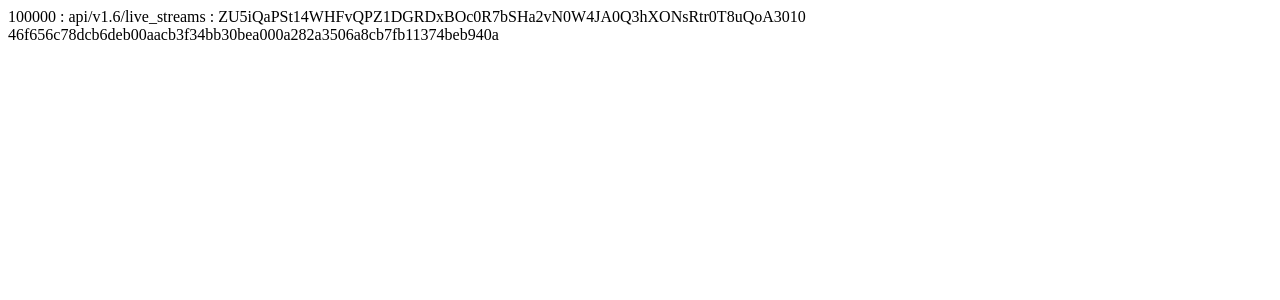
Repository: junhyeongShin/comunity_app
Page: http://localhost/Broadcast/curl copy.php
An editor plug-in stored every save of this project. The page is shown before and after the next save, followed by the edit.
The browser window is 1280 px wide. The pictures show the whole page.
The page is run by PHP 8.4 with error messages shown; the project is at /var/www/html/.

Above is the page before, as saved 2021-05-29 19:08:11.

After the next save:
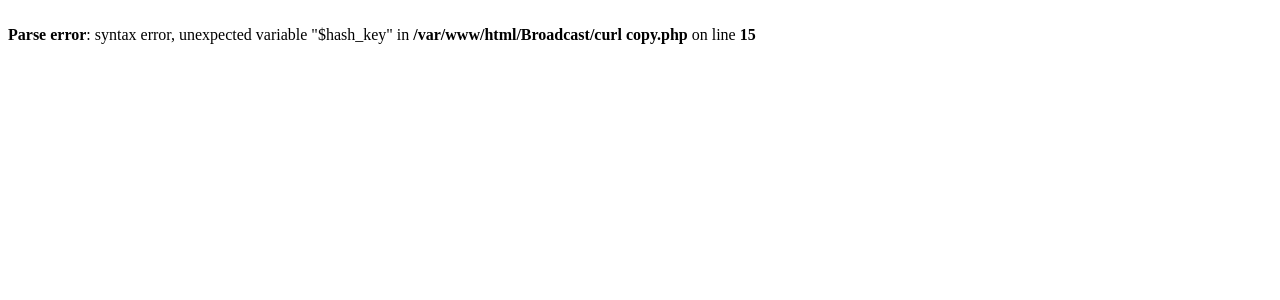
Saved 20 s later.
--- a/Broadcast/curl copy.php
+++ b/Broadcast/curl copy.php
@@ -10,6 +10,8 @@
 echo $hmacData;
 echo '<br>';
 
+$hmacData
+
 $hash_key = hash_hmac('sha256',$hmacData,$wscApiKey,false);
 
 $hash_key = hash_hmac('sha256',$hash_key,$wscApiKey_hash,false);

After the 2 saves that followed:
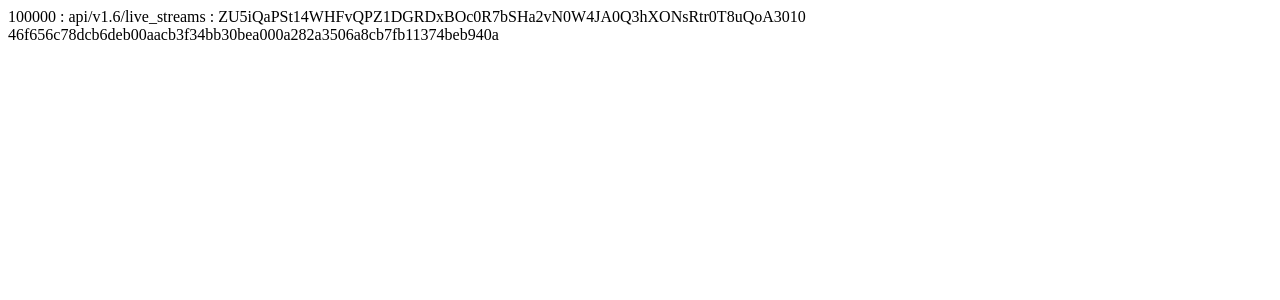
The 2 saves are shown as one change because they came seconds apart.
The last was saved 6 s later.
--- a/Broadcast/curl copy.php
+++ b/Broadcast/curl copy.php
@@ -10,7 +10,7 @@
 echo $hmacData;
 echo '<br>';
 
-$hmacData
+$hmacData_hash = hash('sha256',$hmacData);
 
 $hash_key = hash_hmac('sha256',$hmacData,$wscApiKey,false);
 
